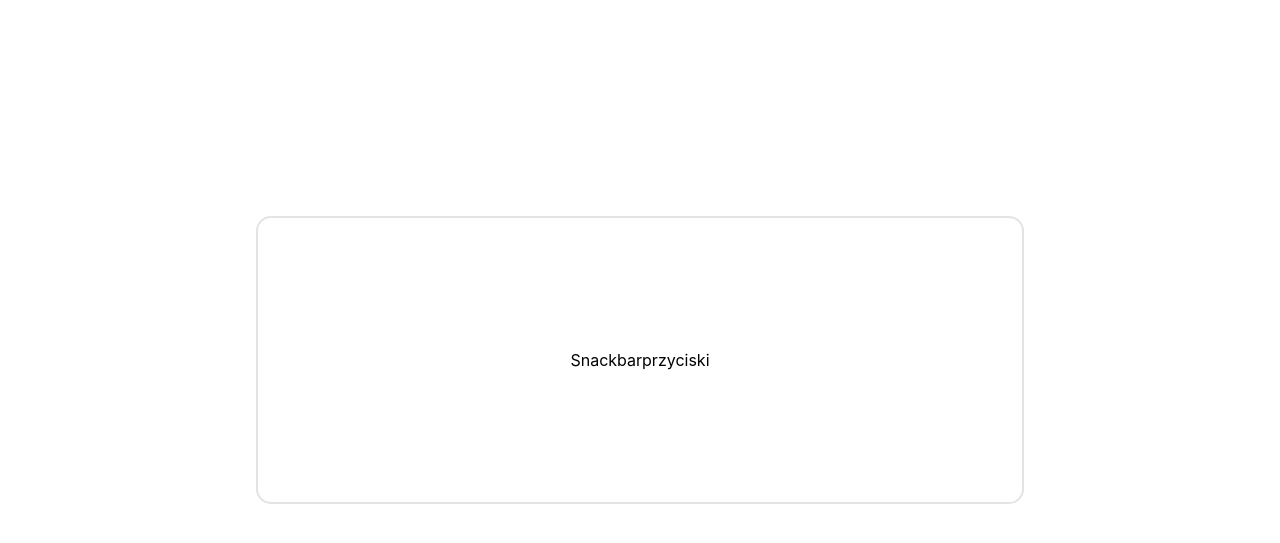
Repository: KrzysKolo/sr_tydzien5_zad2
Page: /
These files come from the project's save history. The page is drawn as it stood at one moment and after the next save; the edit follows.
The browser window is 1280 px wide. The pictures show the whole page.
The project was rebuilt for these pictures with package versions that can differ from the ones it lists, and the page was loaded fresh each time.

Above is the page before, as saved 2020-12-21 16:24:31.

After the next save:
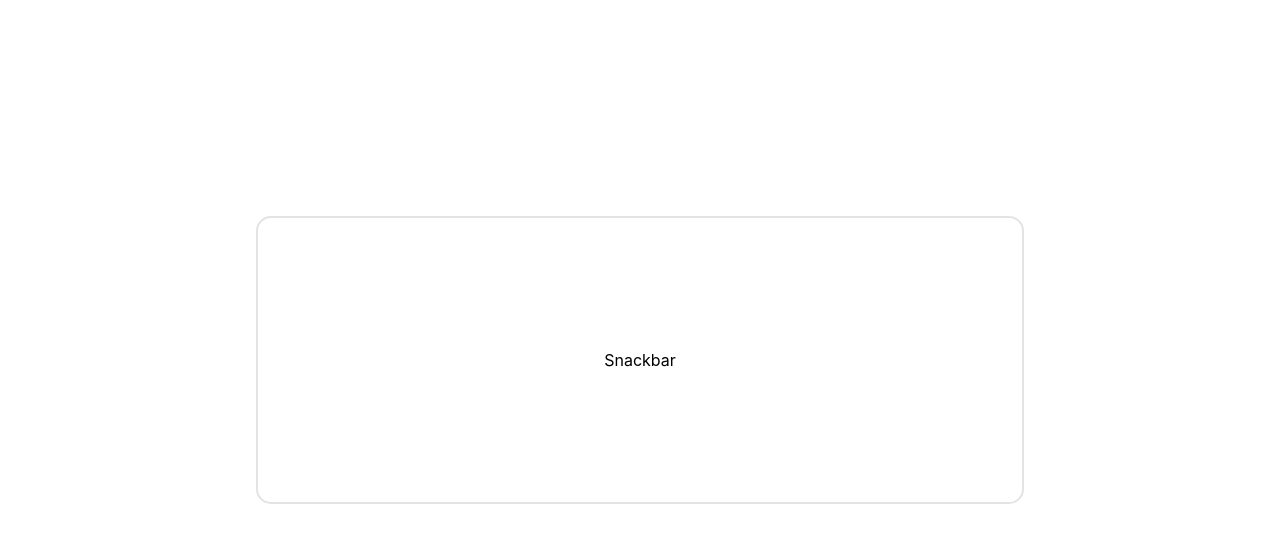
Saved 2 min 31 s later.
--- a/src/components/Buttons.js
+++ b/src/components/Buttons.js
@@ -4,9 +4,11 @@ import ButtonsData from './../data/ButtonsData';
 
 const Buttons = () => {
     return (
-        <div>
-            przyciski
-        </div>
+        <>
+            {ButtonsData.map(button => {
+                <button key={button.id} data={button} />
+            })}
+        </>
     )
 }
 
